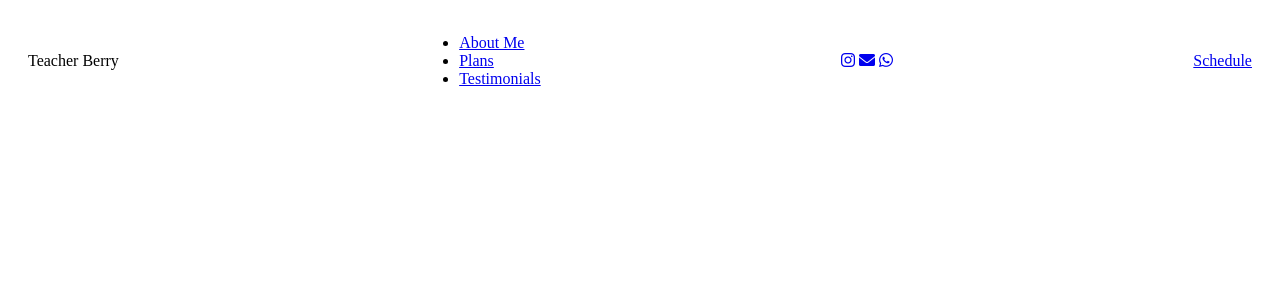
Repository: ntandomagana/esl-landing-page
Page: index.html
These files come from the project's save history. The page is drawn as it stood at one moment and after the next save; the edit follows.
The browser window is 1280 px wide. The pictures show the whole page.

Above is the page before, as saved 2024-07-16 22:55:16.

### index.html
<!DOCTYPE html>
<html lang="en">
<head>
    <meta charset="UTF-8">
    <meta name="viewport" content="width=device-width, initial-scale=1.0">
    <link rel="stylesheet" href="https://cdnjs.cloudflare.com/ajax/libs/font-awesome/6.0.0-beta3/css/all.min.css">

    <title>Berry's English</title>
    <link rel="stylesheet" href="index.css">
</head>
<body>
    <!-- Header Section -->
    <header>
        <div class="header-container">
            <div class="logo">Teacher Berry</div>
            <nav>
                <ul>
                    <li><a href="#about">About Me</a></li>
                    <li><a href="#services">Plans</a></li>
                    <li><a href="#testimonials">Testimonials</a></li>

                </ul>
            </nav>
            <div class="social-links">
                <a href="#" class="social-link"><i class="fab fa-instagram"></i></a>
                <a href="mailto:berry@example.com" class="social-link"><i class="fas fa-envelope"></i></a>
                <a href="https://wa.me/1234567890" class="social-link"><i class="fab fa-whatsapp"></i></a>
            </div>
            <a href="#contact" class="schedule-button">Schedule</a>
        </div>
    </header>
    </footer>
</body>
</html>

### index.css


.header-container {
    display: flex;
    justify-content: space-between;
    align-items: center;
    padding: 10px 20px;
    background-color: #33
}

After the next save:
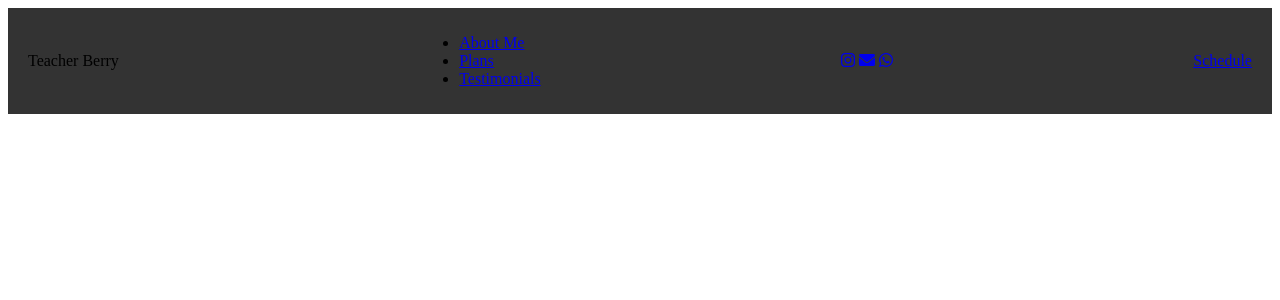
Saved 4 s later.
--- a/index.css
+++ b/index.css
@@ -5,5 +5,5 @@
     justify-content: space-between;
     align-items: center;
     padding: 10px 20px;
-    background-color: #33
+    background-color: #333;
 }
